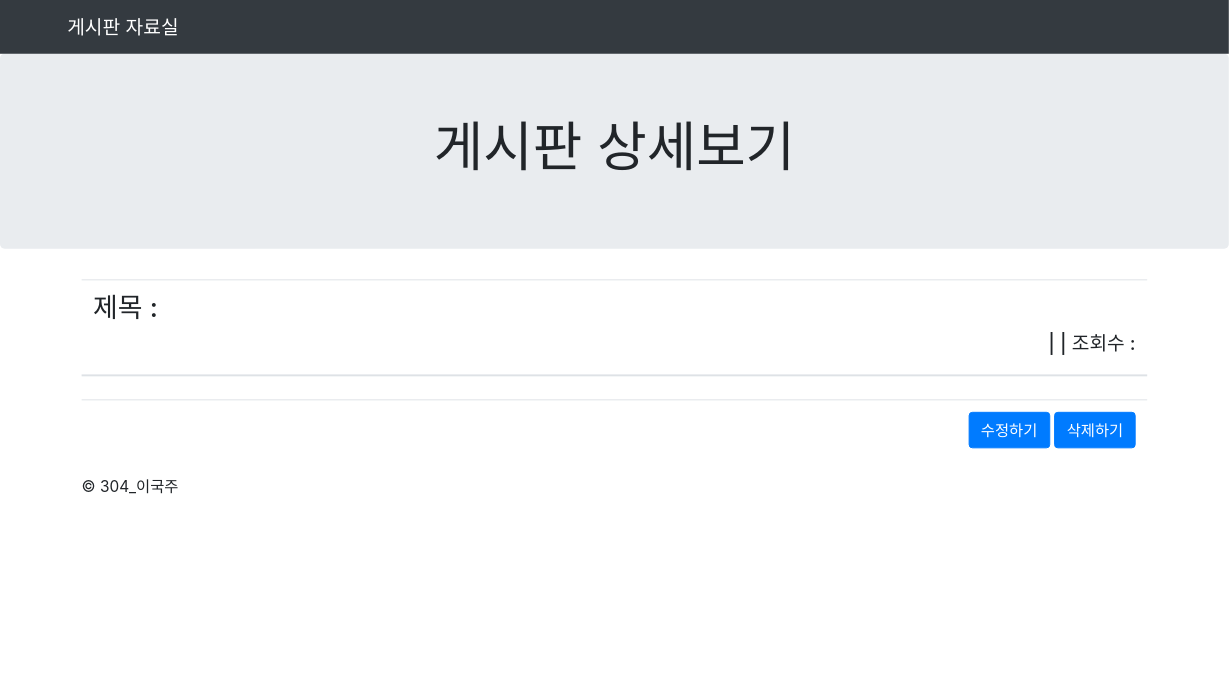
Repository: LeeKukJu/JSP-Study
Page: http://localhost/JSPBook/ch11/totaltest/boardView.jsp?id=isDNEt
An editor plug-in stored every save of this project. The page is shown before and after the next save, followed by the edit.
The browser window is 1280 px wide. The pictures show the whole page, at 96% of full size.
The page is served by Tomcat 9. Nobody is signed in. The application's start-up code is not run.

Above is the page before, as saved 2023-02-03 12:33:45.

After the next save:
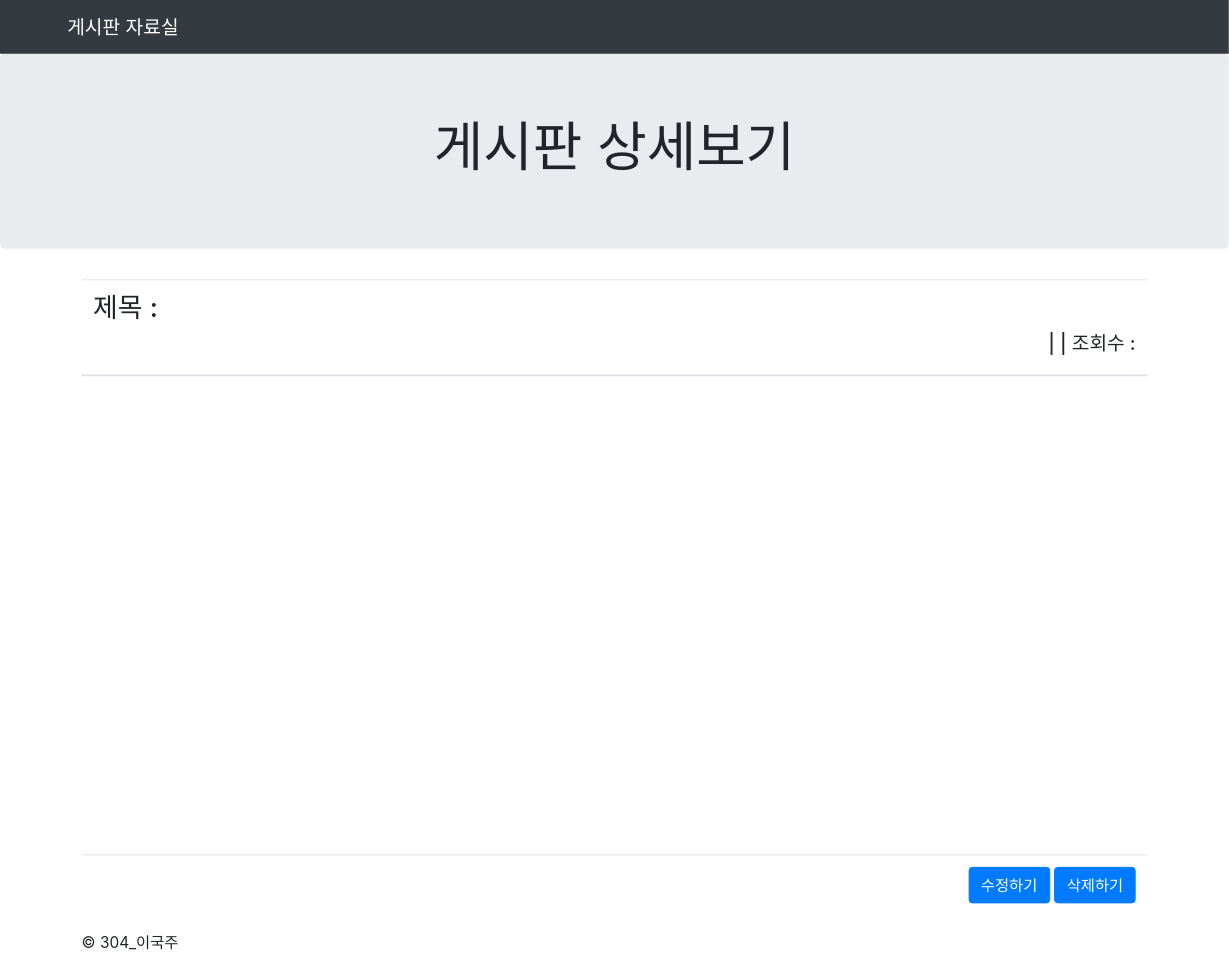
Saved 26 s later.
--- a/JSPBook/WebContent/ch11/totaltest/boardView.jsp
+++ b/JSPBook/WebContent/ch11/totaltest/boardView.jsp
@@ -62,7 +62,7 @@
 				</thead>
 				<tbody>
 					<tr>
-						<td><c:out value="${board.content}"/> </td>
+						<td height="500px"><c:out value="${board.content}"/> </td>
 					</tr>
 					<tr>
 						<td align="right">
